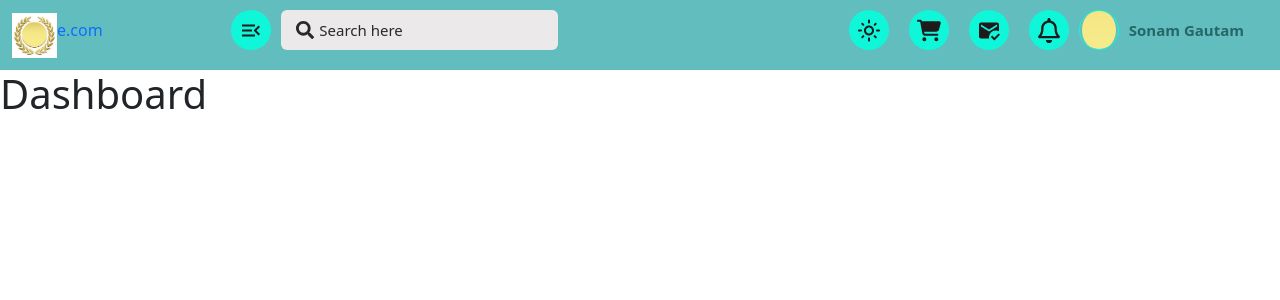
Repository: gautamsonam011/admin-react-dashboard
Page: /
The author's editor kept a copy of each file at every save. The page is drawn from the files as they stood at one save, then again after the next save.
The browser window is 1280 px wide. The pictures show the whole page.
The project was rebuilt for these pictures with package versions that can differ from the ones it lists, and the page was loaded fresh each time.

Above is the page before, as saved 2025-04-14 14:18:12.

After the next save:
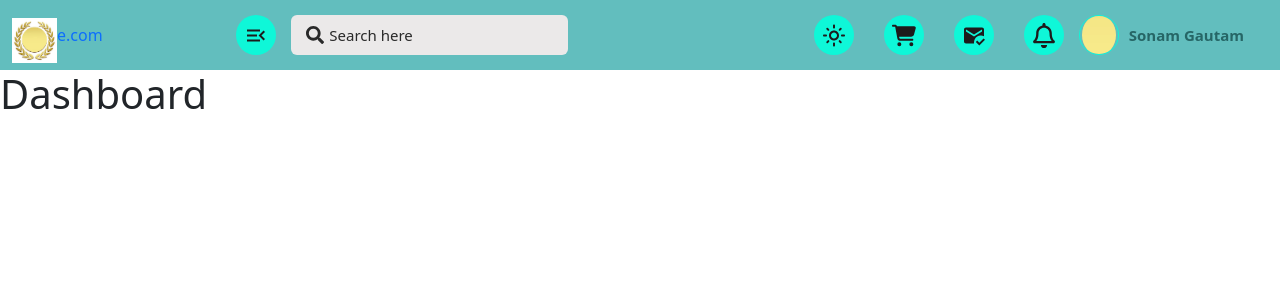
Saved 31 s later.
--- a/src/App.css
+++ b/src/App.css
@@ -25,7 +25,7 @@ color: coral;
 font-weight: bolder;
 font-size: 24px;
 }
-header button.rounded-circle{min-width:40px !important; width:40px !important; height: 40px !important; background-color:#0ff7d8 !important; margin: 10px;}
+header button.rounded-circle{min-width:40px !important; width:40px !important; height: 40px !important; background-color:#0ff7d8 !important; margin: 15px;}
 header button.rounded-circle svg{color:rgb(29, 27, 27); font-size: 25px !important;}
 header button.rounded-circle:hover{color: #0ff7d8;}
 .searchBox{width:400px; height: 40px; background-color:#ebe9e9; border-radius: 6px;padding: 3px 15px;}
